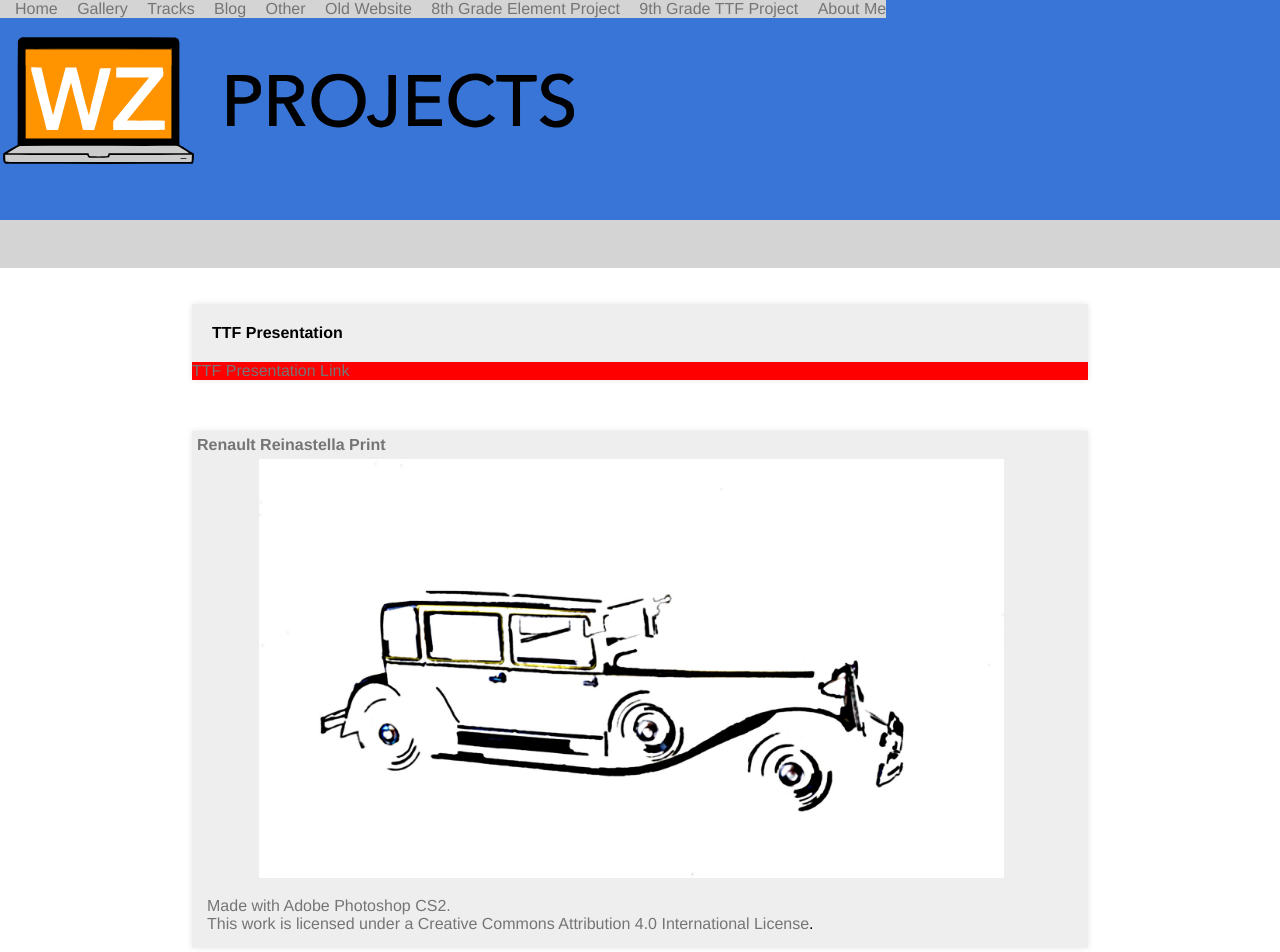
Repository: willzhang05/willzhang05.github.io-old
Page: newmenu.html
The author's editor kept a record of every edit. The page is drawn from the files as they stood at one moment, then again after the next edit.
The browser window is 1280 px wide. The pictures show the part of the page from y = 0 to 952 px (the page is 2509 px tall before and 2539 px after).

Above is the page before.

After the next edit:
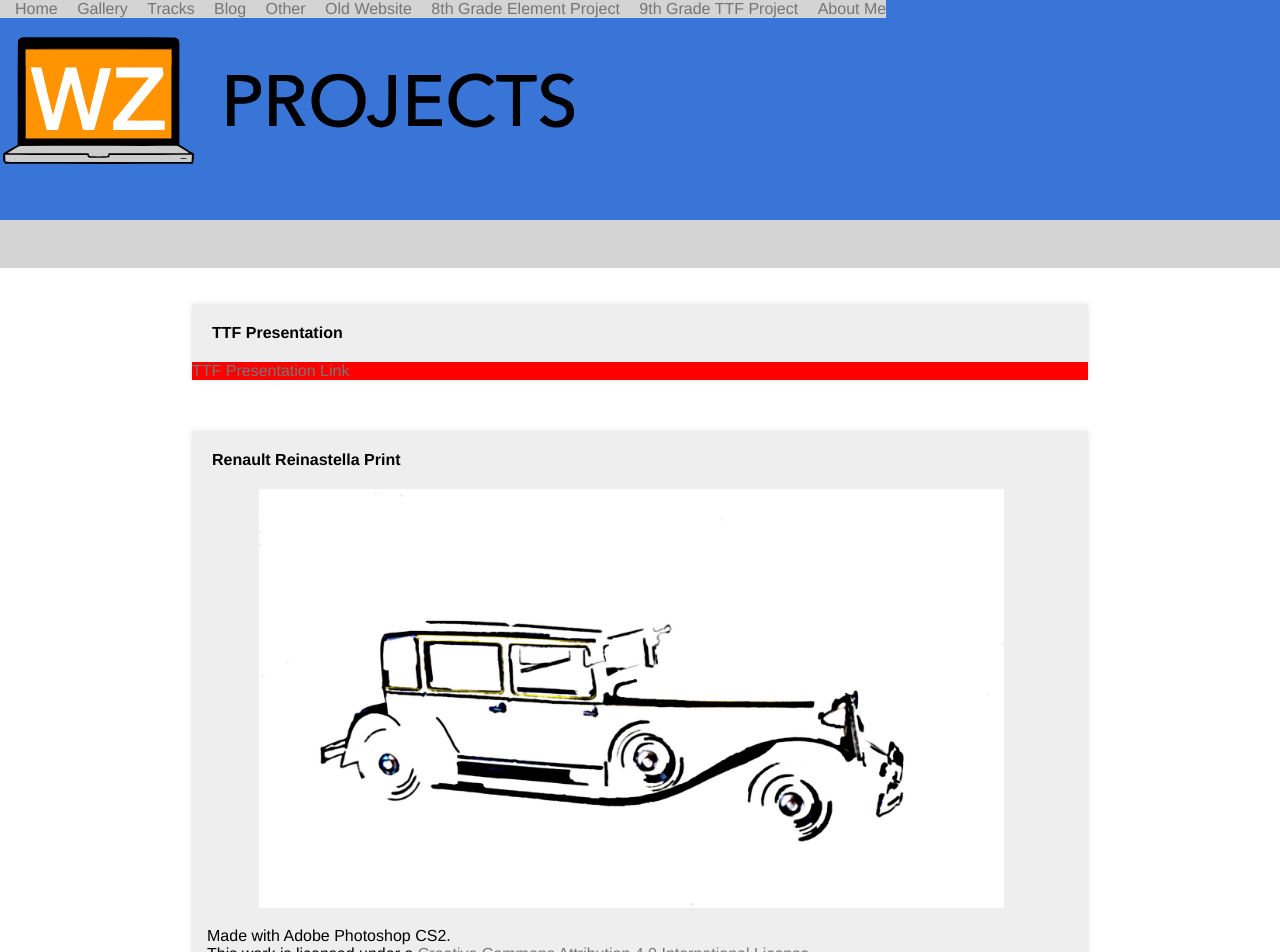
The edit:
--- a/newmenu.html
+++ b/newmenu.html
@@ -105,20 +105,20 @@
 					</paper-shadow>
 					<paper-shadow z="1">
 						<div class="card">
-							<a href="http://willzhang05.github.io/">
-							<h1>Renault Reinastella Print</h1>
-							<div class="image">
-								<img src="images/renault-reinastella-print-optimized.jpg" width="97.8%" height="55%" alt="Renault Reinastella Print"/>
-							</div>
-
-							<div class="description">
-								<span>
-									Made with Adobe Photoshop CS2.
-									<br />
-									This work is licensed under a
-									<a class="source" rel="license" href="http://creativecommons.org/licenses/by/4.0/" target="_blank">Creative Commons Attribution 4.0 International License</a>.
-								</span>
-							</div>
+
+								<h1>Renault Reinastella Print</h1>
+								<div class="image">
+									<img src="images/renault-reinastella-print-optimized.jpg" width="97.8%" height="55%" alt="Renault Reinastella Print"/>
+								</div>
+
+								<div class="description">
+									<span>
+										Made with Adobe Photoshop CS2.
+										<br />
+										This work is licensed under a
+										<a class="source" rel="license" href="http://creativecommons.org/licenses/by/4.0/" target="_blank">Creative Commons Attribution 4.0 International License</a>.
+									</span>
+								</div>
 							</a>
 						</div>
 					</paper-shadow>
